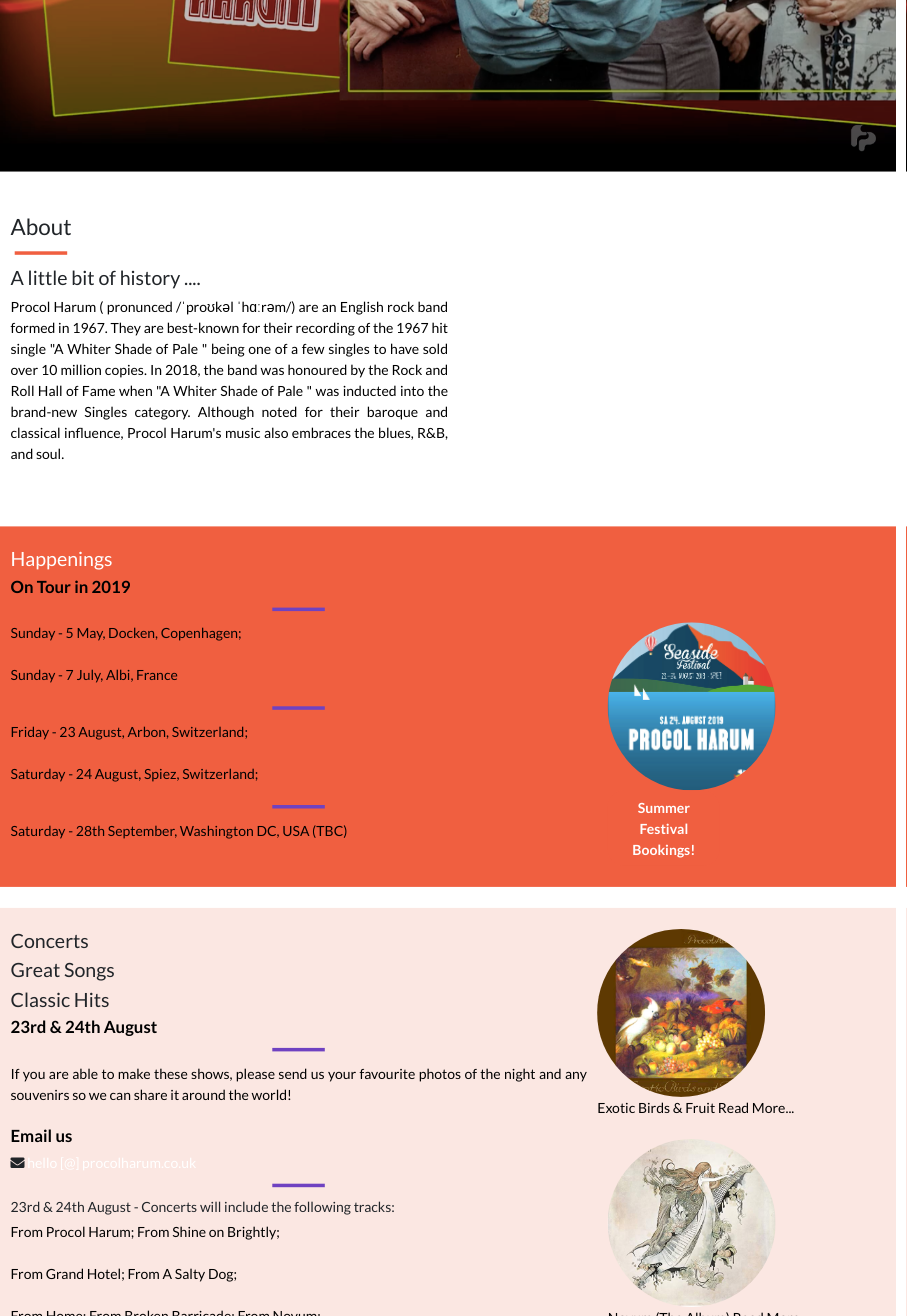
Repository: SOliv1/procol-harum-beyond-the-pale
Page: index.html
The author's editor kept a record of every edit. The page is drawn from the files as they stood at one moment, then again after the next edit.
The browser window is 1280 px wide. The page is 1280 px wide, then 1295 px, so the pictures cover 1295 px, including what lies to the right of the window. The pictures show the part of the page from y = 530 to 2410 px (the page is 4561 px tall before and 4593 px after), at 70% of full size.
Some icons come from a web library that is not loaded, so they are not drawn. Backgrounds fixed to the window are drawn as part of the page. Some web libraries are served in a nearby version.

Above is the page before.

After the next edit:
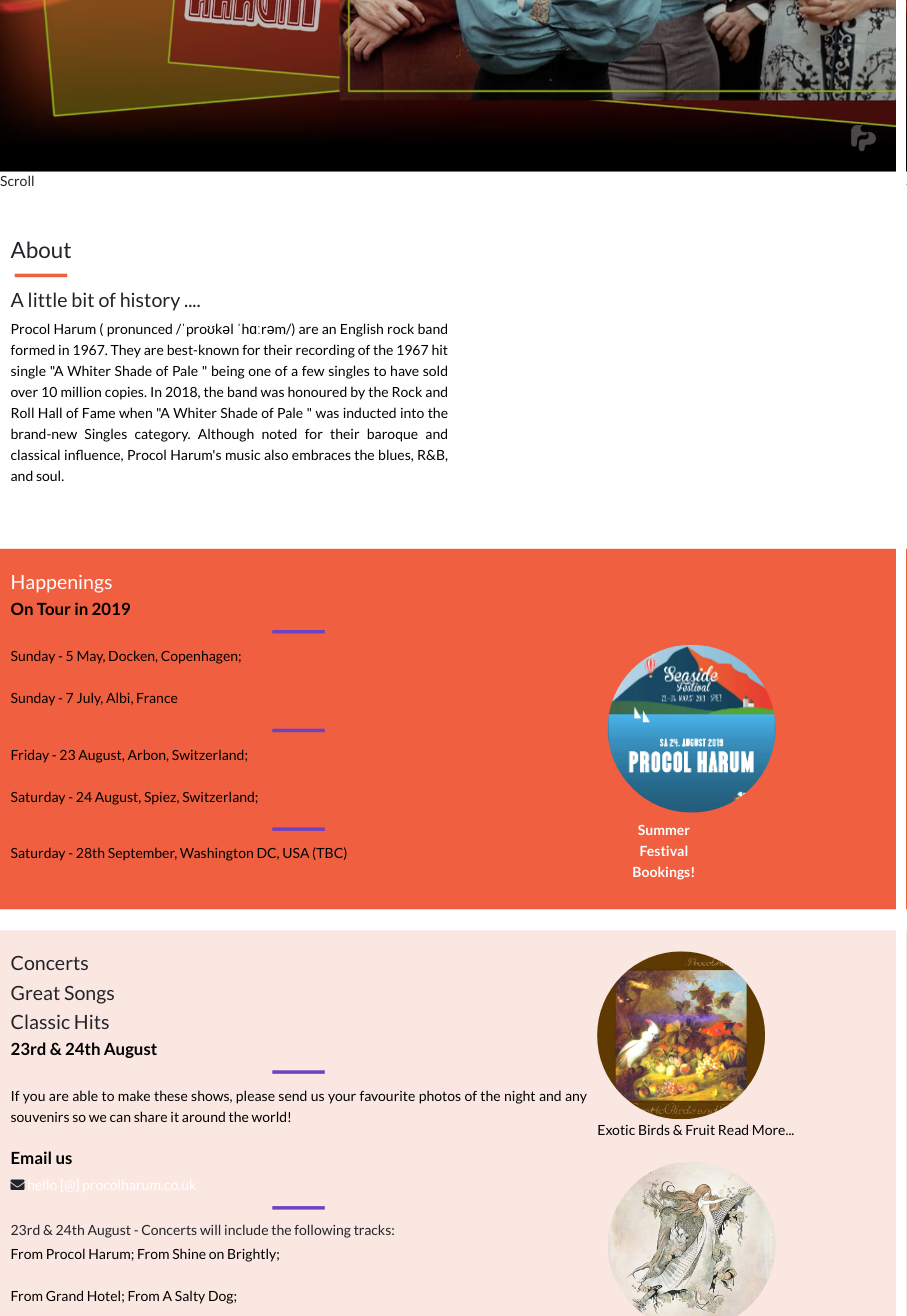
The edit:
--- a/index.html
+++ b/index.html
@@ -91,12 +91,12 @@
 
         <!-- About-section -->
         <section class="container-wrapper">
+            <div class="row">
+                    <div class="col">
+                        <h5>Scroll</h5>
+                    </div>
+                </div>
             <div class=" container-fluid about-container">
-                <div class="row">
-                    <div class="col">
-
-                    </div>
-                </div>
                 <!-- container fluid -->
                 <div class="col-xs-10 col-xs-offset-1 col-sm-offset-0 col-sm-4 col-md-6">
                     <!-- col -xs-10 offset -->
